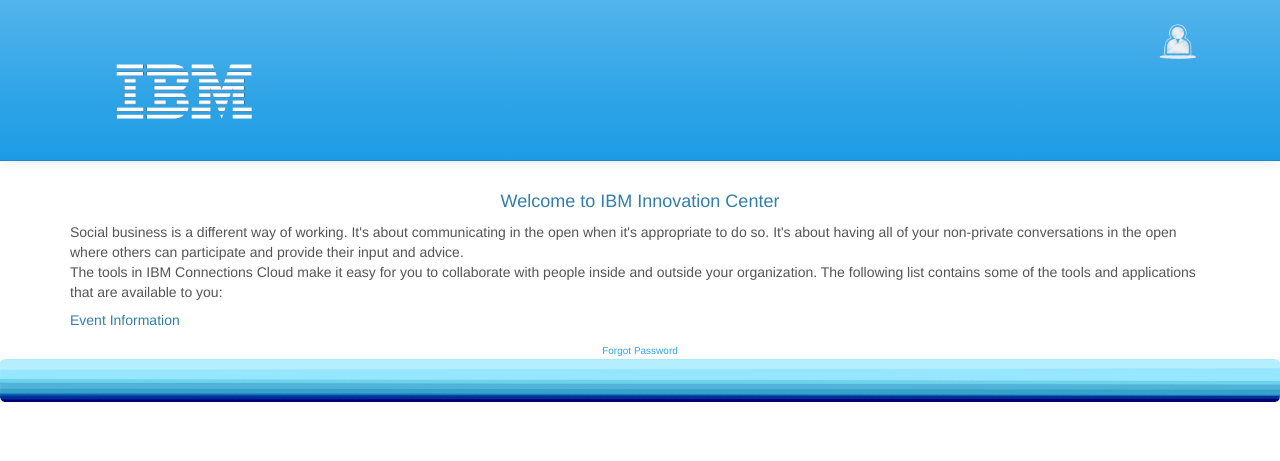
Repository: InnovationCenterOrg/InnovationCustomer
Page: http://localhost/InnovationCustomer/view/test.jsp
An editor plug-in stored every save of this project. The page is shown before and after the next save, followed by the edit.
The browser window is 1280 px wide. The pictures show the whole page.
Some web libraries are served in a nearby version. The page is served by Tomcat 9.

Above is the page before, as saved 2016-03-03 03:15:12.

After the next save:
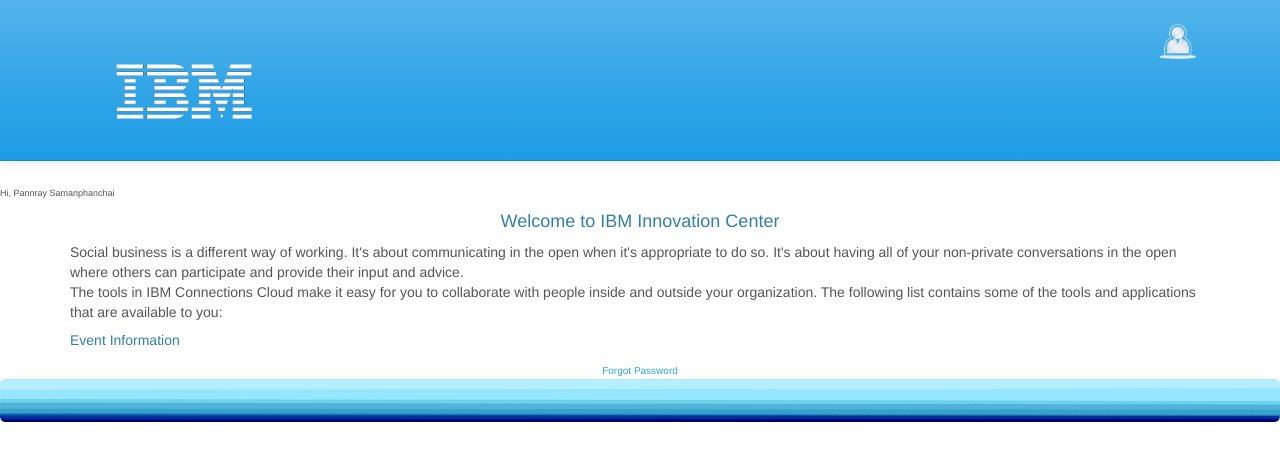
Saved 10 min 10 s later.
--- a/InnovationCustomer/WebContent/view/test.jsp
+++ b/InnovationCustomer/WebContent/view/test.jsp
@@ -54,7 +54,7 @@
 							<li><a href="./DashboardMainAction">Dashboard</a></li>
 							<li><a href="./ReportMainAction">Report</a></li>
 						</ul></li></ul> -->
-
+	<font style="font-size: xx-small;">Hi, Pannray Samanphanchai</font>
 	<div class="container">
 	<h4 align="center">Welcome to IBM Innovation Center</h4>
 	Social business is a different way of working. It's about communicating in the open when it's appropriate to do so. It's about having all of your non-private conversations in the open where others can participate and provide their input and advice.
